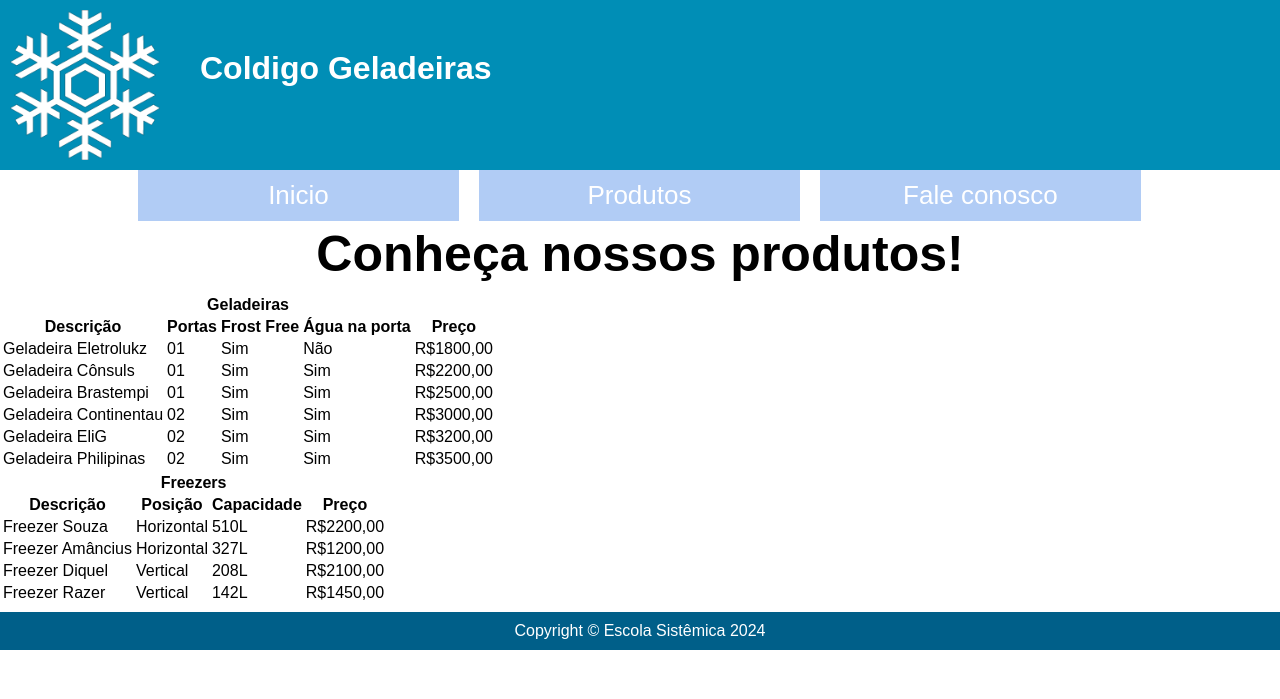
Repository: AndreiLGomes/faculdade
Page: http://localhost/ProjetoTrilhaWeb/pages/site/produtos.html
These files come from the project's save history. The page is drawn as it stood at one moment and after the next save; the edit follows.
The browser window is 1280 px wide. The pictures show the whole page.
The page is served by Tomcat 9.

Above is the page before, as saved 2024-04-10 22:44:22.

### 2 ano/WorkspaceTrilhaWeb/ProjetoTrilhaWeb/src/main/webapp/pages/site/produtos.html
<!DOCTYPE html>
<html lang="pt-br">
<head>
<meta charset="UTF-8">
<meta name="description" content="Site da Coldigo Geladeiras">
<meta name="keywords" content="Geladeiras, Frost-free, refrigeração">
<meta name="author" content="Escola Sistêmica">
<meta name="viewport" content="width=device-width, initial-scale=1.0">
<link rel="stylesheet" type="text/css" href="../../css/site.css">
<title>Coldigo Geladeiras</title>

</head>
<body>
	<header>
		<img alt="logo da Coldigo Geladeiras" src="../../img/logo.png">
		<h1>Coldigo Geladeiras</h1>
	</header>
	<nav>
		<a href="../../index.html"><div class="opcao">Inicio</div> </a> <a
			href="produtos.html">
			<div class="opcao">Produtos</div>
		</a> <a href="faleconosco.html">
			<div class="opcao">Fale conosco</div>
		</a>
	</nav>
	<section>
		<h2>Conheça nossos produtos!</h2>
		<table class="tabelaProdutos" >
			<thead>
				<tr>
					<th colspan="5" class="tituloTabela">Geladeiras</th>
				</tr>
				<tr>
					<th>Descrição</th>
					<th>Portas</th>
					<th>Frost Free</th>
					<th>Água na porta</th>
					<th>Preço</th>
				</tr>
			</thead>
			<tbody>
				<tr>
					<td>Geladeira Eletrolukz</td>
					<td>01</td>
					<td>Sim</td>
					<td>Não</td>
					<td>R$1800,00</td>
				<tr>
					<td>Geladeira Cônsuls</td>
					<td>01</td>
					<td>Sim</td>
					<td>Sim</td>
					<td>R$2200,00</td>
				</tr>
				<tr>
					<td>Geladeira Brastempi</td>
					<td>01</td>
					<td>Sim</td>
					<td>Sim</td>
					<td>R$2500,00</td>
				</tr>
				<tr>
					<td>Geladeira Continentau</td>
					<td>02</td>
					<td>Sim</td>
					<td>Sim</td>
					<td>R$3000,00</td>
				</tr>
				<tr>
					<td>Geladeira EliG</td>
					<td>02</td>
					<td>Sim</td>
					<td>Sim</td>
					<td>R$3200,00</td>
				</tr>
				<tr>
					<td>Geladeira Philipinas</td>
					<td>02</td>
					<td>Sim</td>
					<td>Sim</td>
					<td>R$3500,00</td>
				</tr>
			</tbody>
		</table>
		<table >
			<thead>
				<tr>
					<th colspan="4">Freezers</th>
				</tr>
				<tr>
					<th>Descrição</th>
					<th>Posição</th>
					<th>Capacidade</th>
					<th>Preço</th>
				</tr>
			</thead>
			<tbody>
				<tr>
					<td>Freezer Souza</td>
					<td>Horizontal</td>
					<td>510L</td>
					<td>R$2200,00</td>
				</tr>
				<tr>
					<td>Freezer Amâncius</td>
					<td>Horizontal</td>
					<td>327L</td>
					<td>R$1200,00</td>
				</tr>
				<tr>
					<td>Freezer Diquel</td>
					<td>Vertical</td>
					<td>208L</td>
					<td>R$2100,00</td>
				</tr>

				<tr>
					<td>Freezer Razer</td>
					<td>Vertical</td>
					<td>142L</td>
					<td>R$1450,00</td>
				</tr>
			<tbody>
		</table>


	</section>
	<footer>Copyright &copy; Escola Sistêmica 2024 </footer>


</body>
</html>

### 2 ano/WorkspaceTrilhaWeb/ProjetoTrilhaWeb/src/main/webapp/css/site.css
@charset "UTF-8";

body {
	margin: 0 auto;
	font-family: "Century Gothic", sans-serif;
}

/* cabeçalho */
header {
	height: 170px;
	background-color: #008eb6;
}

header img {
	float: left;
	height: 150px;
	width: 150px;
	margin: 10px;
}

header h1 {
	float: left;
	margin: 50px 0 0 30px;
	color: #ffffff;
}
/*Menu*/
nav {
	clear: both;
	width: 80%;
	margin: 0px auto;
	height: 55px;
}

nav a {
	color: white;
	text-decoration: none;
	text-align: center;
}

nav .opcao {
	float: left;
	width: 31.3%;
	background-color: #b1ccf5;
	padding: 10px 0;
	margin: 0 1%;
	font-size: 26px;
}

nav .opcao:hover {
	background-color: #83afd3;
}

/* Área geral para conteúdos específicos de cada página */
section {
	clear: both;
	min-height: 360px;
	width: 100%;
	margin-top: 0px;
}
/*rodapé */
footer {
	background-color: #005f89;
	color: #fff;
	text-align: center;
	padding: 10px;
	margin-top: 7px;
}

/* Configuracão da página inicial */
section #top {
	width: 900px;
	margin: 0px auto;
	height: 250px;

}


.geladeira{
	height: 250px;
	width: 125px;
}

.direita{
	float: right;
}
.esquerda{
	float: left;
}

section #titulos{
	float: left;
	height: 250px;
	width: 650px;
	margin: 0px auto;
}

h2{
	text-align: center;
	margin-top: 0px;
	margin-bottom: 10px;
	font-size: 50px;
}

h3{
	text-align: center;
	margin-top: 50px;
	font-size: 20px;
}

p{
	clear: both;
	text-align: center;
	margin: 10px 80px;
}

After the next save:
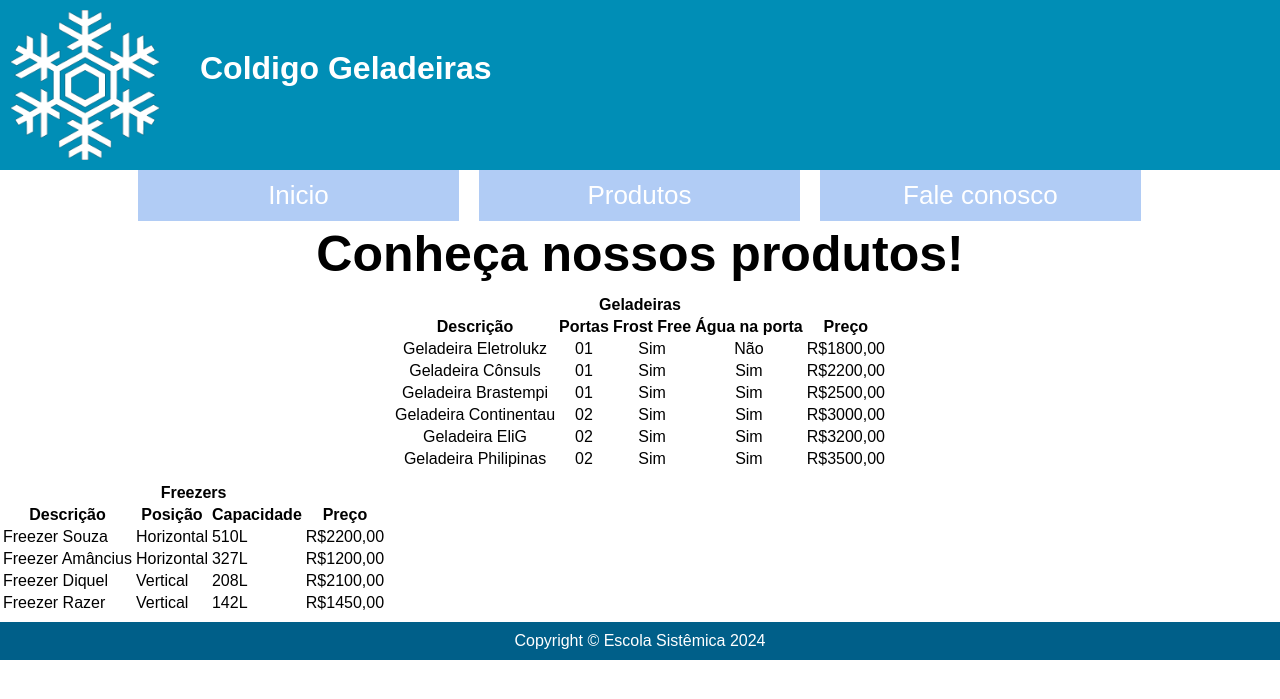
Saved 2 min 49 s later.
--- a/2 ano/WorkspaceTrilhaWeb/ProjetoTrilhaWeb/src/main/webapp/css/site.css
+++ b/2 ano/WorkspaceTrilhaWeb/ProjetoTrilhaWeb/src/main/webapp/css/site.css
@@ -112,3 +112,9 @@ p{
 	text-align: center;
 	margin: 10px 80px;
 }
+/* Configuração da página de Produtos */
+
+.tabelaProdutos{
+	margin: 10px auto;
+	text-align: center;
+}
